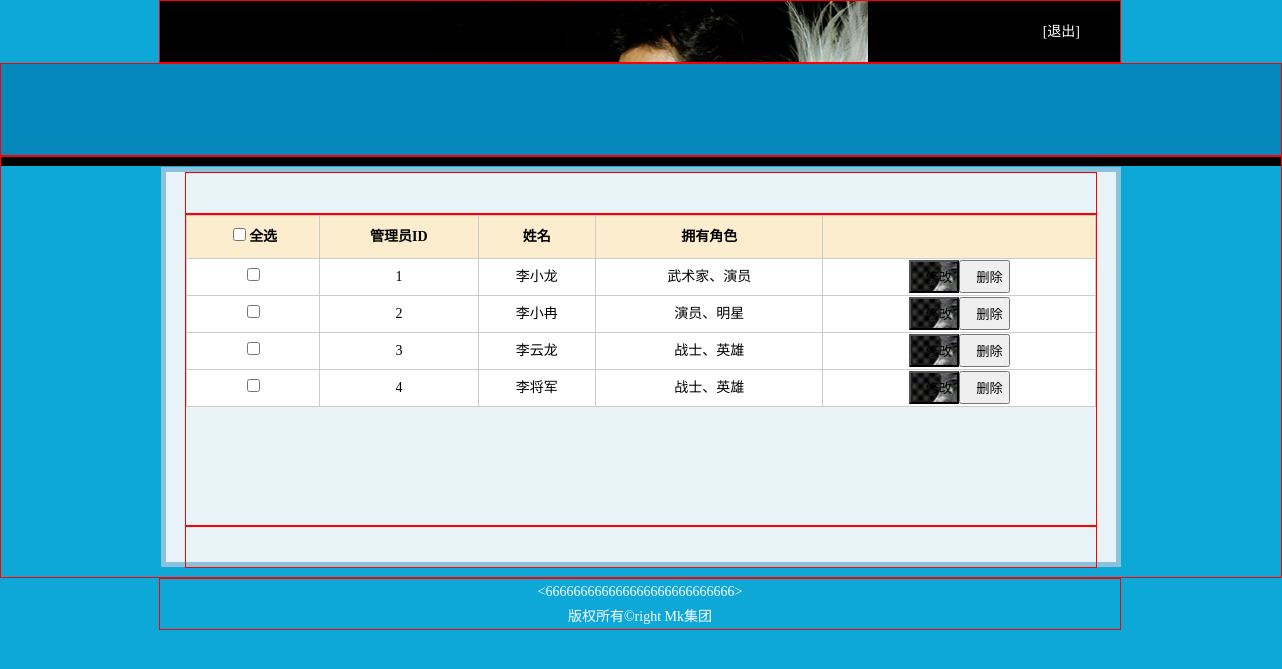
Repository: MasterKweng/workspace
Page: WebBasic/WebContent/Day02/demo6.html
These files come from the project's save history. The page is drawn as it stood at one moment and after the next save; the edit follows.
The browser window is 1280 px wide. The page is 1282 px wide, so the pictures cover 1282 px, including what lies to the right of the window. The pictures show the whole page.

Above is the page before, as saved 2018-01-04 08:38:21.

After the next save:
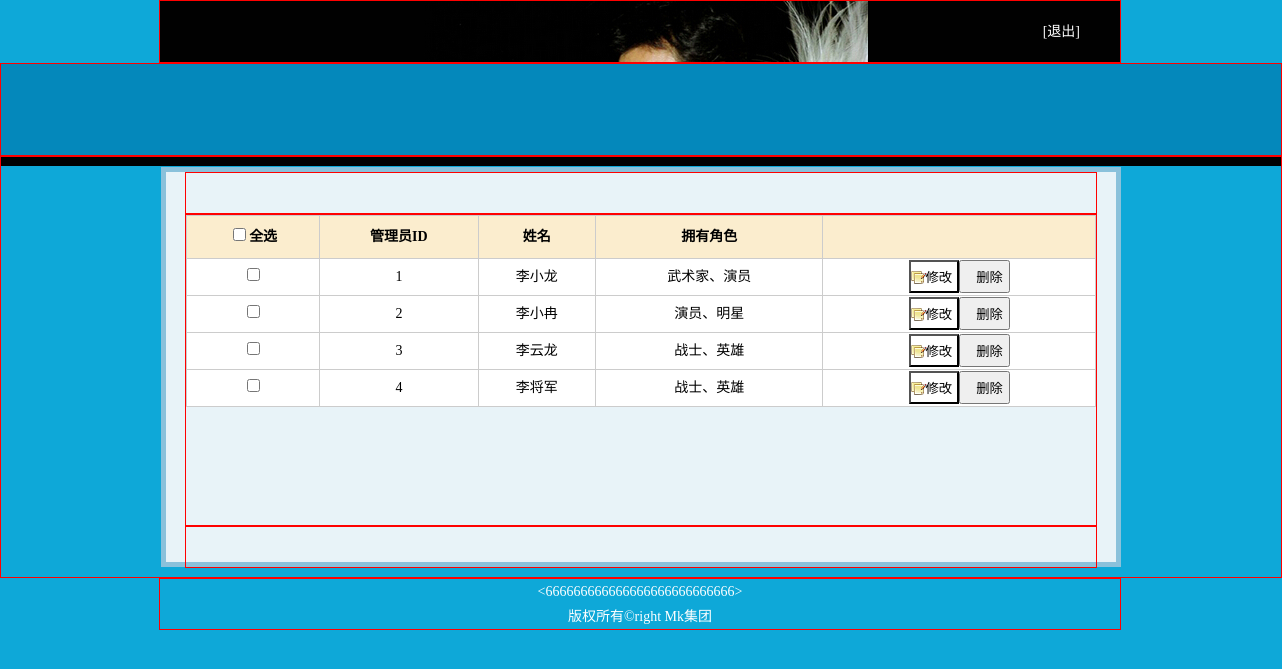
Saved 4 min 25 s later.
--- a/WebBasic/WebContent/Day02/demo6.html
+++ b/WebBasic/WebContent/Day02/demo6.html
@@ -119,7 +119,7 @@
 		}
 		.modify{
 			padding:5px 5px 5px 15px;
-			background:url(../img/kobe.jpg) no-repeat left;
+			background:url(../img/modify.png) no-repeat left;
 		}
 		.delete{
 			padding:5px 5px 5px 15px;
